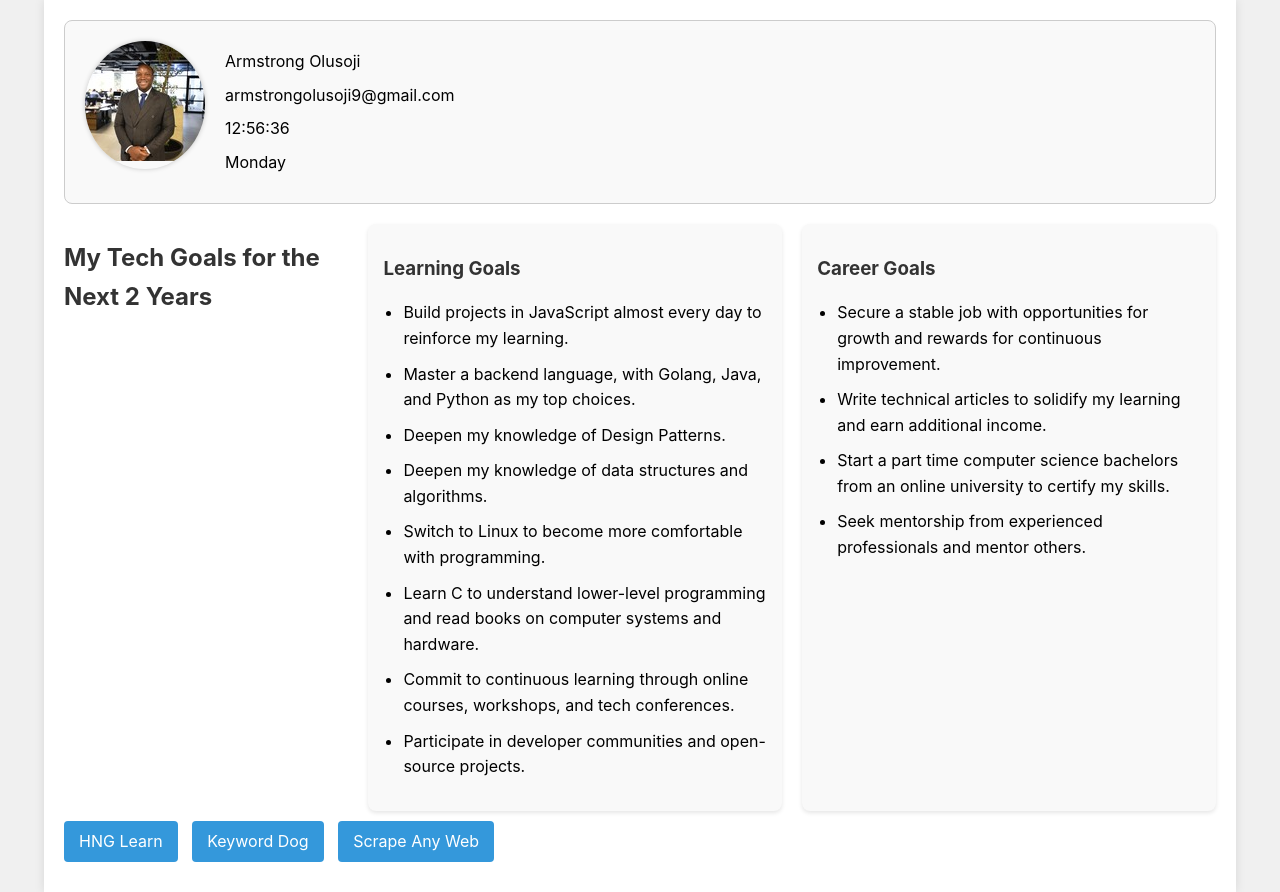
Repository: Armstrong2035/hng-project-one
Page: index.html
An editor plug-in stored every save of this project. The page is shown before and after the next save, followed by the edit.
The browser window is 1280 px wide. The pictures show the whole page.

Above is the page before, as saved 2024-07-01 17:56:38.

### index.html
<!DOCTYPE html>
<html>
  <head>
    <meta charset="utf-8" />
    <meta name="viewport" content="width=device-width" />
    <title>Armstrong Olusoji's Goals</title>
    <link href="style.css" rel="stylesheet" type="text/css" />
    <script src="script.js" defer></script>
  </head>
  <body>
    <div id="container">
      <div class="profile-card">
        <div class="profile-picture">
          <img
            src="Headshot.jpg"
            alt="Profile Picture"
            class="headshot"
            data-testid="slackProfilePicture"
          />
        </div>
        <div class="display-information">
          <p data-testid="slackDisplayName">Armstrong Olusoji</p>
          <p data-testid="slackEmail">armstrongolusoji9@gmail.com</p>
          <p data-testid="currentTimeUTC" id="current-time">Loading...</p>
          <p data-testid="currentDay" id="current-day">Loading...</p>
        </div>
      </div>

      <section id="my-goals">
        <h2>My Tech Goals for the Next 2 Years</h2>
        <div class="learning-goals">
          <h3>Learning Goals</h3>
          <ul>
            <li>
              Build projects in JavaScript almost every day to reinforce my
              learning.
            </li>
            <li>
              Master a backend language, with Golang, Java, and Python as my top
              choices.
            </li>
            <li>Deepen my knowledge of Design Patterns.</li>
            <li>Deepen my knowledge of data structures and algorithms.</li>
            <li>
              Switch to Linux to become more comfortable with programming.
            </li>
            <li>
              Learn C to understand lower-level programming and read books on
              computer systems and hardware.
            </li>
            <li>
              Commit to continuous learning through online courses, workshops,
              and tech conferences.
            </li>
            <li>
              Participate in developer communities and open-source projects.
            </li>
          </ul>
        </div>
        <div class="career-goals">
          <h3>Career Goals</h3>
          <ul>
            <li>
              Secure a stable job with opportunities for growth and rewards for
              continuous improvement.
            </li>
            <li>
              Write technical articles to solidify my learning and earn
              additional income.
            </li>
            <li>
              Start a part time computer science bachelors from an online
              university to certify my skills.
            </li>
            <li>
              Seek mentorship from experienced professionals and mentor others.
            </li>
          </ul>
        </div>
      </section>

      <section>
        <a href="https://hng.tech/learn" data-testid="hngLink">HNG Learn</a>
        <a href="https://keyword.dog" data-testid="keywordLink">Keyword Dog</a>
        <a href="https://scrapeanyweb.site" data-testid="scrapeanywebLink"
          >Scrape Any Web</a
        >
      </section>
    </div>
  </body>
</html>

### style.css
body {
  font-family: "Inter", sans-serif;
  line-height: 1.6;
  margin: 0;
  padding: 0;
  background-color: #f0f0f0;
}

#container {
  margin: 0 auto;
  width: 90%;
  max-width: 1200px;
  padding: 20px;
  background-color: #fff;
  box-shadow: 0 0 10px rgba(0, 0, 0, 0.1);
}

.profile-card {
  margin-bottom: 1.25rem;
  display: flex;
  flex-direction: column;
  align-items: center;
  border: 1px solid #ccc;
  padding: 20px;
  background-color: #f9f9f9;
  border-radius: 8px;
}

.profile-picture {
  border-radius: 50%;
  overflow: hidden;
  margin-bottom: 15px;
  box-shadow: 0 0 5px rgba(0, 0, 0, 0.2);
}

.profile-picture .headshot {
  height: 100%;
  width: 100%;
  object-fit: cover;
}

.display-information {
  text-align: center;
}

.display-information p {
  margin: 0.5rem 0;
}

h2,
h3 {
  margin: 15px 0;
  color: #333;
}

#my-goals {
  display: flex;
  flex-direction: column;
  gap: 20px;
}

.learning-goals,
.career-goals {
  background-color: #f9f9f9;
  padding: 15px;
  border-radius: 8px;
  box-shadow: 0 2px 4px rgba(0, 0, 0, 0.1);
}

ul {
  padding-left: 20px;
}

li {
  margin-bottom: 10px;
}

a {
  display: inline-block;
  margin: 10px 10px 10px 0;
  padding: 8px 15px;
  color: #fff;
  background-color: #3498db;
  text-decoration: none;
  border-radius: 4px;
  transition: background-color 0.3s ease;
}

a:hover {
  background-color: #2980b9;
}

/* Responsive design */
@media (min-width: 768px) {
  .profile-card {
    flex-direction: row;
    align-items: flex-start;
  }

  .profile-picture {
    margin-right: 20px;
    margin-bottom: 0;
  }

  .display-information {
    text-align: left;
  }

  #my-goals {
    flex-direction: row;
  }

  .learning-goals,
  .career-goals {
    width: 48%;
  }
}

@media (max-width: 767px) {
  #container {
    width: 95%;
    padding: 10px;
  }

  .profile-card {
    padding: 15px;
  }

  h2 {
    font-size: 1.5em;
  }

  h3 {
    font-size: 1.2em;
  }
}

@media (max-width: 480px) {
  .profile-picture {
    height: 120px;
    width: 120px;
  }

  h2 {
    font-size: 1.3em;
  }

  h3 {
    font-size: 1.1em;
  }

  a {
    display: block;
    margin: 10px 0;
  }
}

### script.js
function updateTime() {
  const now = new Date();
  const utcTime = now.toISOString().slice(11, 19);
  const day = now.toLocaleDateString("en-US", { weekday: "long" });
  document.getElementById("current-time").textContent = ` ${utcTime}`;
  document.getElementById("current-day").textContent = ` ${day}`;
}

setInterval(updateTime, 1000);
updateTime();

After the next save:
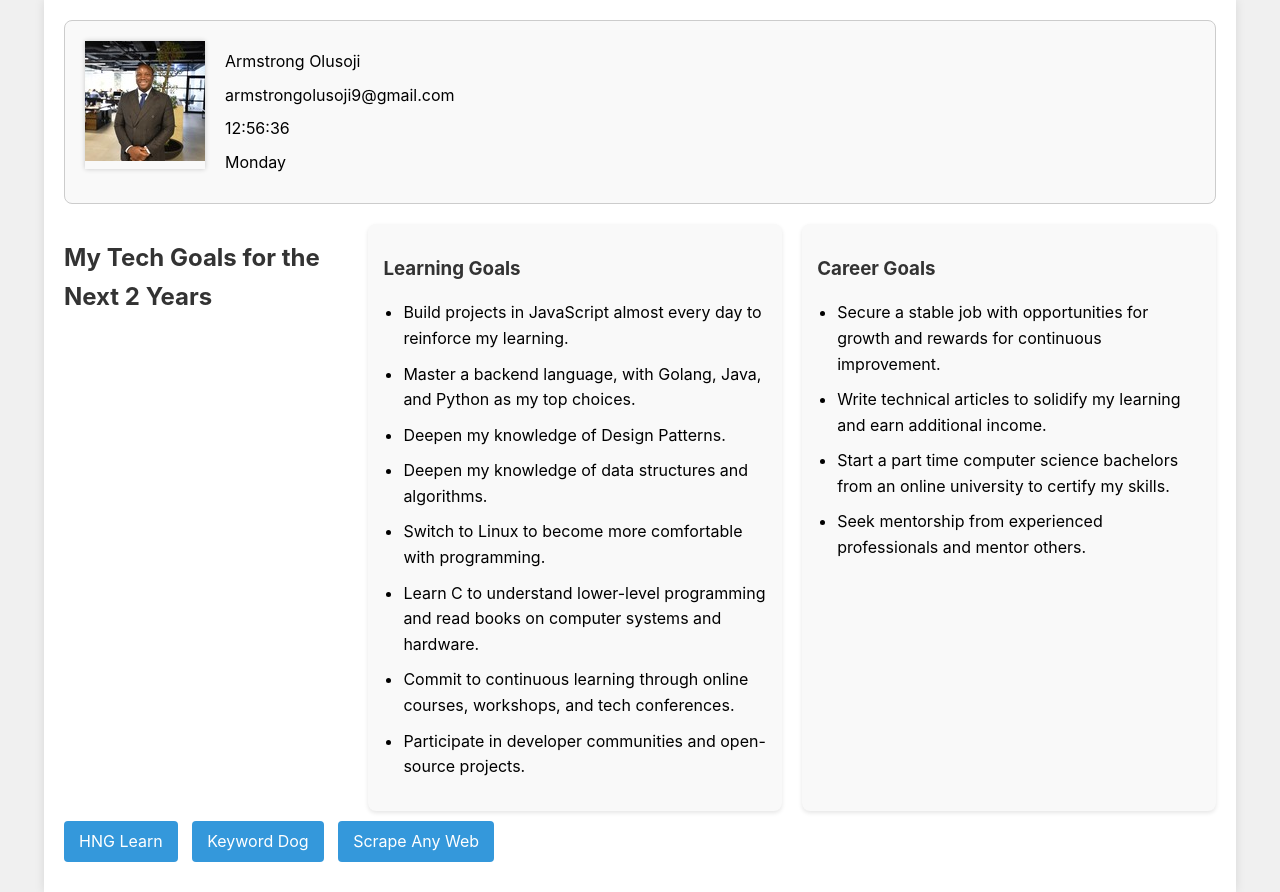
Saved 5 s later.
--- a/style.css
+++ b/style.css
@@ -27,7 +27,6 @@ body {
 }
 
 .profile-picture {
-  border-radius: 50%;
   overflow: hidden;
   margin-bottom: 15px;
   box-shadow: 0 0 5px rgba(0, 0, 0, 0.2);
